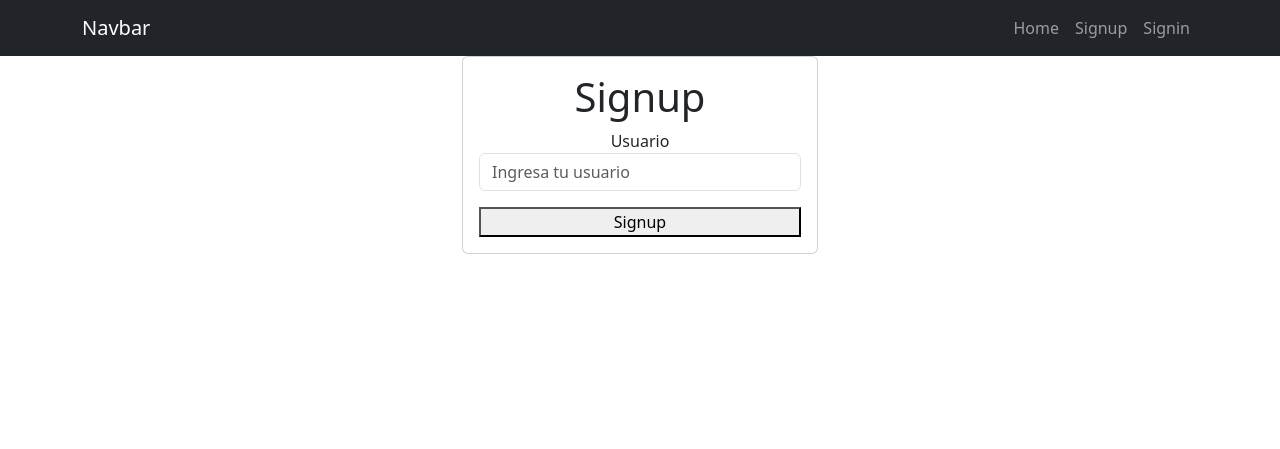
Repository: dbettancourt/django-auth-crud
Page: http://localhost/signup/
These files come from the project's save history. The page is drawn as it stood at one moment and after the next save; the edit follows.
The browser window is 1280 px wide. The pictures show the whole page.
The page is served by the project's application, run on Django 4.2 (manage.py).

Above is the page before, as saved 2023-06-06 10:51:46.

After the next save:
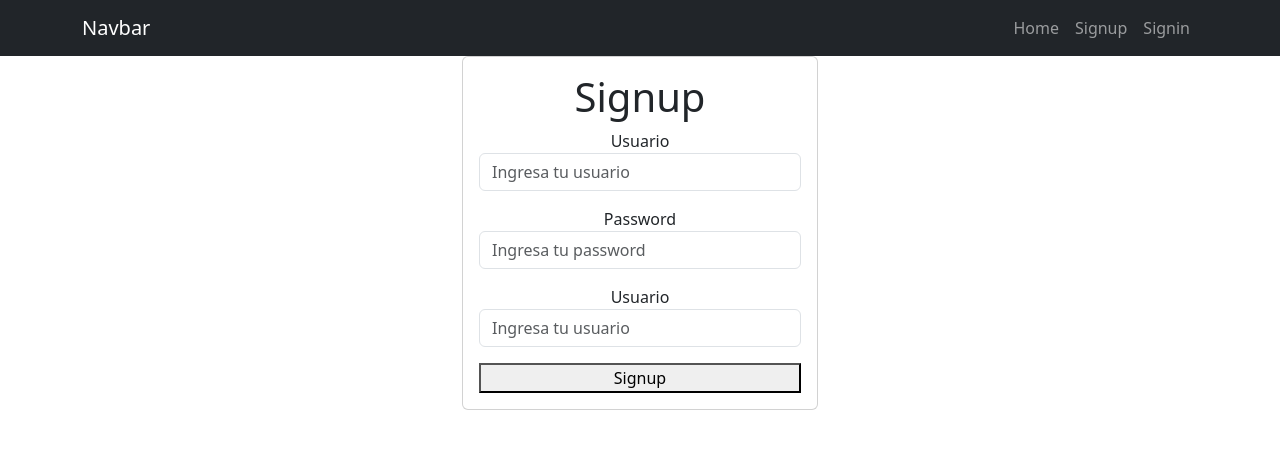
Saved 75 s later.
--- a/tasks/templates/signup.html
+++ b/tasks/templates/signup.html
@@ -17,6 +17,16 @@
                     <input type="text" name="username" id="username" class="form-control" placeholder="Ingresa tu usuario">
                 </div>
 
+                <div class="mb-3">
+                    <label for="username">Password</label>
+                    <input type="text" name="password" id="password" class="form-control" placeholder="Ingresa tu password">
+                </div>
+
+                <div class="mb-3">
+                    <label for="username">Usuario</label>
+                    <input type="text" name="username" id="username" class="form-control" placeholder="Ingresa tu usuario">
+                </div>
+
                 <button>
                     Signup
                 </button>
